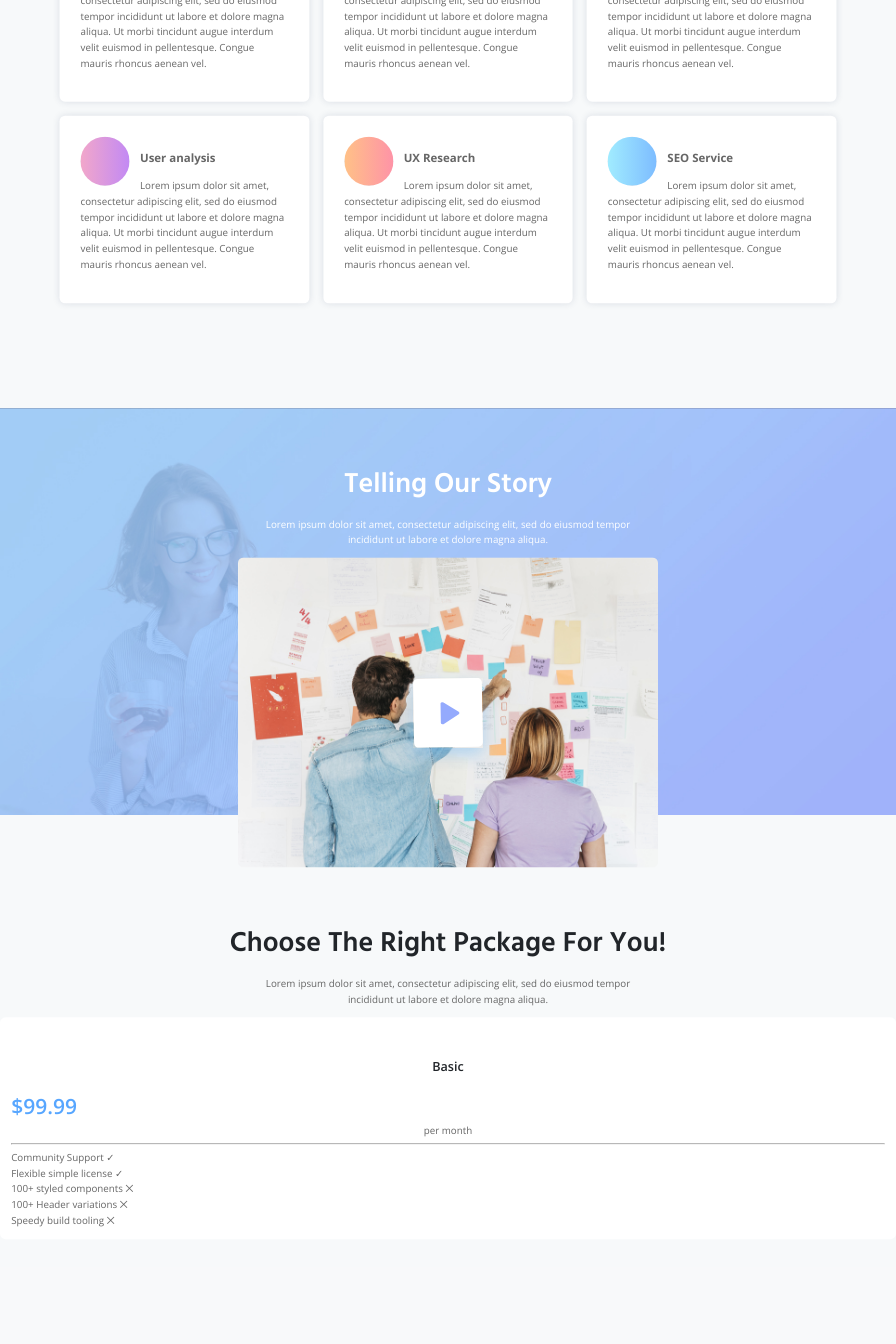
Repository: Sc-Juju/CodeRad
Page: index.html
An editor plug-in stored every save of this project. The page is shown before and after the next save, followed by the edit.
The browser window is 1280 px wide. The pictures show the part of the page from y = 1096 to 3016 px (the page is 3016 px tall), at 70% of full size.

Above is the page before, as saved 2022-11-10 22:48:43.

### index.html
<!DOCTYPE html>
<html>
	<head>
		<meta charset="utf-8" />
		<meta http-equiv="X-UA-Compatible" content="IE=edge" />
		<title>CodeRad</title>
		<meta name="description" content="" />
		<meta name="viewport" content="width=device-width, initial-scale=1" />

		<link
			href="https://fonts.googleapis.com/css2?family=Open+Sans:wght@300;400;600;700&display=swap"
			rel="stylesheet"
		/>
		<link
			href="https://fonts.googleapis.com/css2?family=Hind:wght@300;400;500;600;700&display=swap"
			rel="stylesheet"
		/>

		<link rel="stylesheet" href="./css/default.css" />
		<link rel="stylesheet" href="./css/styles.css" />
		<link rel="stylesheet" href="./css/responsive.css" />
	</head>
	<body>
		<nav class="navbar nav">
			<div class="container">
				<button
					class="navbar-toggler"
					aria-expanded="false"
					aria-controls="navbarDropdown"
				>
					<span>&#9776;</span>
				</button>
				<a class="navbar-brand" href="index.html">CodeRad</a>
				<ul class="navbar-nav">
					<li class="nav-link">
						<a href="#">Home</a>
					</li>

					<li class="nav-link">
						<a href="#">Blog</a>
					</li>
					<li class="nav-link">
						<a href="#">Portfolio</a>
					</li>
					<li class="nav-link">
						<a href="#">Contact</a>
					</li>
				</ul>
			</div>
		</nav>

		<header class="bg-header">
			<div class="container">
				<div class="hero-wrapper">
					<h2 class="hero-header">
						Young in our spirits and <br />
						modern look.
					</h2>
					<a class="btn btn-white" href="#">Learn more</a>
				</div>
			</div>
		</header>
		<!--Why me-->
		<section>
			<div class="container why-me-wrapper">
				<div class="block-text">
					<span>Why choose me</span>
					<h2>
						Meeting Your Needs <br />
						In Website Building
					</h2>
					<p>
						Lorem ipsum dolor sit amet, consectetur adipiscing elit,
						sed do eiusmod tempor incididunt ut labore et dolore
						magna aliqua.
					</p>
					<a href="" class="btn btn-primary">Learn More</a>
				</div>
				<div>
					<img src="./CodeRad-assets/image2.svg" alt="Icon Chart" />
				</div>
			</div>
		</section>
		<!--Services-->
		<section class="bg-contrast">
			<div class="container service-grid">
				<div class="service-card">
					<span class="bg-color-1"></span>
					<div>
						<h3>Branding</h3>
						<p>
							Lorem ipsum dolor sit amet, consectetur adipiscing
							elit, sed do eiusmod tempor incididunt ut labore et
							dolore magna aliqua. Ut morbi tincidunt augue
							interdum velit euismod in pellentesque. Congue
							mauris rhoncus aenean vel.
						</p>
					</div>
				</div>
				<div class="service-card">
					<span class="bg-color-2"></span>
					<div>
						<h3>Design & UX</h3>
						<p>
							Lorem ipsum dolor sit amet, consectetur adipiscing
							elit, sed do eiusmod tempor incididunt ut labore et
							dolore magna aliqua. Ut morbi tincidunt augue
							interdum velit euismod in pellentesque. Congue
							mauris rhoncus aenean vel.
						</p>
					</div>
				</div>
				<div class="service-card">
					<span class="bg-color-3"></span>
					<div>
						<h3>Development</h3>
						<p>
							Lorem ipsum dolor sit amet, consectetur adipiscing
							elit, sed do eiusmod tempor incididunt ut labore et
							dolore magna aliqua. Ut morbi tincidunt augue
							interdum velit euismod in pellentesque. Congue
							mauris rhoncus aenean vel.
						</p>
					</div>
				</div>
				<div class="service-card">
					<span class="bg-color-4"></span>
					<div>
						<h3>User analysis</h3>
						<p>
							Lorem ipsum dolor sit amet, consectetur adipiscing
							elit, sed do eiusmod tempor incididunt ut labore et
							dolore magna aliqua. Ut morbi tincidunt augue
							interdum velit euismod in pellentesque. Congue
							mauris rhoncus aenean vel.
						</p>
					</div>
				</div>
				<div class="service-card">
					<span class="bg-color-5"></span>
					<div>
						<h3>UX Research</h3>
						<p>
							Lorem ipsum dolor sit amet, consectetur adipiscing
							elit, sed do eiusmod tempor incididunt ut labore et
							dolore magna aliqua. Ut morbi tincidunt augue
							interdum velit euismod in pellentesque. Congue
							mauris rhoncus aenean vel.
						</p>
					</div>
				</div>
				<div class="service-card">
					<span class="bg-color-6"></span>
					<div>
						<h3>SEO Service</h3>
						<p>
							Lorem ipsum dolor sit amet, consectetur adipiscing
							elit, sed do eiusmod tempor incididunt ut labore et
							dolore magna aliqua. Ut morbi tincidunt augue
							interdum velit euismod in pellentesque. Congue
							mauris rhoncus aenean vel.
						</p>
					</div>
				</div>
			</div>
		</section>

		<!--Video Demo-->
		<section class="video-demo">
			<div class="container">
				<div class="block-text">
					<h2>Telling Our Story</h2>
					<p>
						Lorem ipsum dolor sit amet, consectetur adipiscing elit,
						sed do eiusmod tempor <br />
						incididunt ut labore et dolore magna aliqua.
					</p>
				</div>
				<div class="video-box">
					<a href="#" class="video-btn">
						<img
							src="./CodeRad-assets/play.svg"
							alt="Play Video Button"
						/>
					</a>
					<img
						src="./CodeRad-assets/demo-video-thumbnail.jpg"
						alt="Video thumbnail"
					/>
				</div>
			</div>
		</section>

		<!--Pricing plans-->
		<section class="bg-contrast">
			<div class="block-text pricing-header">
				<h2>Choose The Right Package For You!</h2>
				<p>
					Lorem ipsum dolor sit amet, consectetur adipiscing elit, sed
					do eiusmod tempor <br />
					incididunt ut labore et dolore magna aliqua.
				</p>
			</div>
			<div class="pricing-taable">
				<div class="price-card">
					<h3>Basic</h3>
					<span class="price">$99.99</span>
					<div class="billed">per month</div>
					<hr />
					<ul>
						<li>
							<span class="title">Community Support</span>
							<span class="icon">&#10003;</span>
						</li>
						<li>
							<span class="title">Flexible simple license</span>
							<span class="icon">&#10003;</span>
						</li>
						<li>
							<span class="title">100+ styled components</span>
							<span class="icon">&#10761;</span>
						</li>
						<li>
							<span class="title">100+ Header variations</span>
							<span class="icon">&#10761;</span>
						</li>
						<li>
							<span class="title">Speedy build tooling</span>
							<span class="icon">&#10761;</span>
						</li>
					</ul>
				</div>
			</div>
		</section>
	</body>
</html>

### css/default.css
:root{
    --white:#fff;
    --black: #000;
    --font-color-base:#666;
    --font-color-dark:#212529;
    --font-color-light:#b0aebe;
    --font-color-link:#57a6ff;
    --footer:#34314b;
    --footer-base:2e2b45;
    --contrast:rgba(246, 248, 249, 0.8);
    --success: #64ecf5;
    --danger:#ff8b8d;
    --grad-1:#a1ecff;
    --grad-2:#7dbcff;


    --size-10:0.625rem;
    --size-14:0.875rem;
    --size-16:1rem;
    --size-18:1.125rem;
    --size-20:1.25rem;
    --size-30:1.875rem;
    --size-40:2.5rem;
    --size-50:3.125rem;
    --size-100:6.25rem;
    --size-150:9.375rem;
}
body{
    font-family:"Open Sans", sans-serif;
    font-weight: 400;
    font-size:0.875rem;
    line-height: 1.6;
    letter-spacing: 0;
    color: var(--font-color-base);
    margin:0;
    padding:0;
}
*,
::after,
::before{
    box-sizing: border-box;
}
ul{
    padding:0;
    margin:0;
    list-style: none;
}
a {text-decoration: none;}
p {margin-top:0;}
h2{
    font-size:1.75rem;
    font-weight:500;
    line-height:1.2;
}
img {
    width:100%;
    max-width:100%;
    vertical-align:middle;
    border-style: none;
}
.container{
    width: 100%;
    padding-left:15px;
    padding-right:15px;
    margin-right:auto;
    margin-left:auto;
}

.btn{
    display: inline-block;
    font-weight: 400;
    color: var(--font-color-dark);
    text-align: center;
    cursor: pointer;
    user-select: none;
    background-color: transparent;
    border: 1px solid transparent;
    padding: .375rem .75rem;
    border-radius:1.25rem;
    transition: ease-in-out .3s;
}
.btn-primary{
    background-image: linear-gradient(90deg, var(--grad-1)0%, var(--grad-2)100%);
    border: 1px var(--grad-1);
    box-shadow: 0 10px 20px rgba(161, 236, 255, .5);
    transition: ease-in-out .3s;
    color: var(--white);
    padding: .4375rem 1.5625rem;
}

.btn-white{
    background-color: var(--white);
    color: var(--font-color-link);
    box-shadow: 0px 10px 20px rgba(255, 255, 255, .35);
    padding: .475rem 1.75rem;
}

@media (min-width:1200px){
    .container{ max-width: 1140px; }
}
@media (min-width:768px){
    .pricing-table{max-width:720px;}
}

### css/styles.css
.navbar{
    position: fixed;
    top: 0;
    right: 0;
    left: 0;
    z-index: 200;
    transition: ease-in-out .3s;
}
[aria-controls="navbarDropdown"]{
    display:none;
}
.navbar-nav{
    display: flex;
    align-items: center;
}
.navbar .container{
    display: flex;
    align-items: center;
}
.navbar-brand{
    margin-right:auto;
    font-size: 2rem;
    font-weight: 700;
    width: 100%;
    transition: ease-in-out .3s;
    color: var(--white);

}
.bg-header,
.video-demo{
    background-color: var(--footer);
    background-repeat: no-repeat;
    background-size: cover;
    background-position:50% 20%;
    position: relative;
    z-index: 1;
    padding: 4.6875rem 0;
}
.bg-header{background-image: url(../CodeRad-assets/bg-header-1.jpg);}
.video-demo{background-image: url(../CodeRad-assets/bg-demo.jpg);}
.bg-header::before{
    background-image: linear-gradient(30deg,
    rgba(21,27,38, .8)0%,
    rgba(0,0,0,.2)100%);
    position: absolute;
    content:"";
    top: 0;
    left: 0;
    right: 0;
    bottom: 0;
    width: 100%;
    height: 100%;
    z-index: -1;
}
.nav-link a{
    color: var(--white);
    font-size: .8125rem;
    font-weight: 600;
    font-family: "Hind", sans-serif;
    text-transform: uppercase;
    margin-right: 2.5rem;
    line-height: 1.25rem;
}
.hero-header{
    color: var(--white);
}
.why-me-wrapper{
    display: flex;
    align-items: center;
}
.why-me-wrapper div{
    flex: 1;
}
.block-text{
    padding-right: var(--size-50);
}
.block-text span{
    color: var(--font-color-dark);
    font-weight: 300;
}
.block-text h2{
    font-size: var(--size-40);
    font-family: "Hind", sans-serif;
    font-weight: 600;
    color: var(--font-color-dark);
    margin-bottom: var(--size-20);
    line-height: 1.3;
    margin-top: 0.5rem;
}
.bg-contrast{
    background-color: var(--contrast);
    padding: var(--size-150) 0;
    margin: 0 auto;
}
.service-grid{
    display: grid;
    grid-template-columns: repeat(auto-fit,minmax(300px, 1fr));
    gap: var(--size-20);
}
.service-card{
    padding: var(--size-30);
    box-shadow: 0 0 10px rgba(48, 63, 100, .15);
    background: white;
    border-radius: 8px;
}
.service-card span{
    width:4.375rem;
    height: 4.375rem;
    background: green;
    display: block;
    float: left;
    margin-right: 15px;
    border-radius: 50%;
    background: var(--font-color-light);
}
span.bg-color-1 {background-image: linear-gradient(90deg, #9ccdf3 0%, #94aafd 100%);}
span.bg-color-2 {background-image: linear-gradient(90deg, #55edc0 0%, #4bdbdb 100%);}
span.bg-color-3 {background-image: linear-gradient(90deg, #fda498 0%, #f58b9e 100%);}
span.bg-color-4 {background-image: linear-gradient(90deg, #f2a7ca 0%, #c289f4 100%);}
span.bg-color-5 {background-image: linear-gradient(90deg, #ffc187 0%, #fe93a7 100%);}
span.bg-color-6 {background-image: linear-gradient(90deg, #a1ecff 0%, #7dbcff 100%);}

.video-demo{text-align: center;}
.video-demo .block-text{padding-right: 0;}

.video-demo .block-text h2,
.video-demo .block-text p{
    color: var(--white);
}

.video-btn{
    position: absolute;
    top: 50%;
    left: 50%;
    transform: translate(-50%, -50%);
    box-shadow: 0 10px 20px rgba(57, 166, 251, .3);
}
.video-btn img{
    height: var(--size-100);
    width: var(--size-100);
}
.video-box{
    position: relative;
    margin-bottom: -9.375rem;
    z-index: 100;
}
.video-box > img{
    max-width: 600px;
    border-radius: 8px;
}
.block-text.pricing-header{
    text-align: center;
    padding-right: 0;
}
.price-card{
    background-color:var(--white);
    border-radius: 8px;
    padding: var(--size-16);
}
.price-card h3{
    margin-top: var(--size-40);
    font-size: var(--size-18);
    color: var(--font-color-dark);
    font-weight: 600;
}
.price{
    color: var(--font-color-link);
    font-size: var(--size-30);
    font-weight: 600;
}
.price-card h3,
.price-card .price,
.price-card .billed{text-align: center;}

Loaded but not shown: css/responsive.css (no copy from this time; the picture is the same without it)

After the next save:
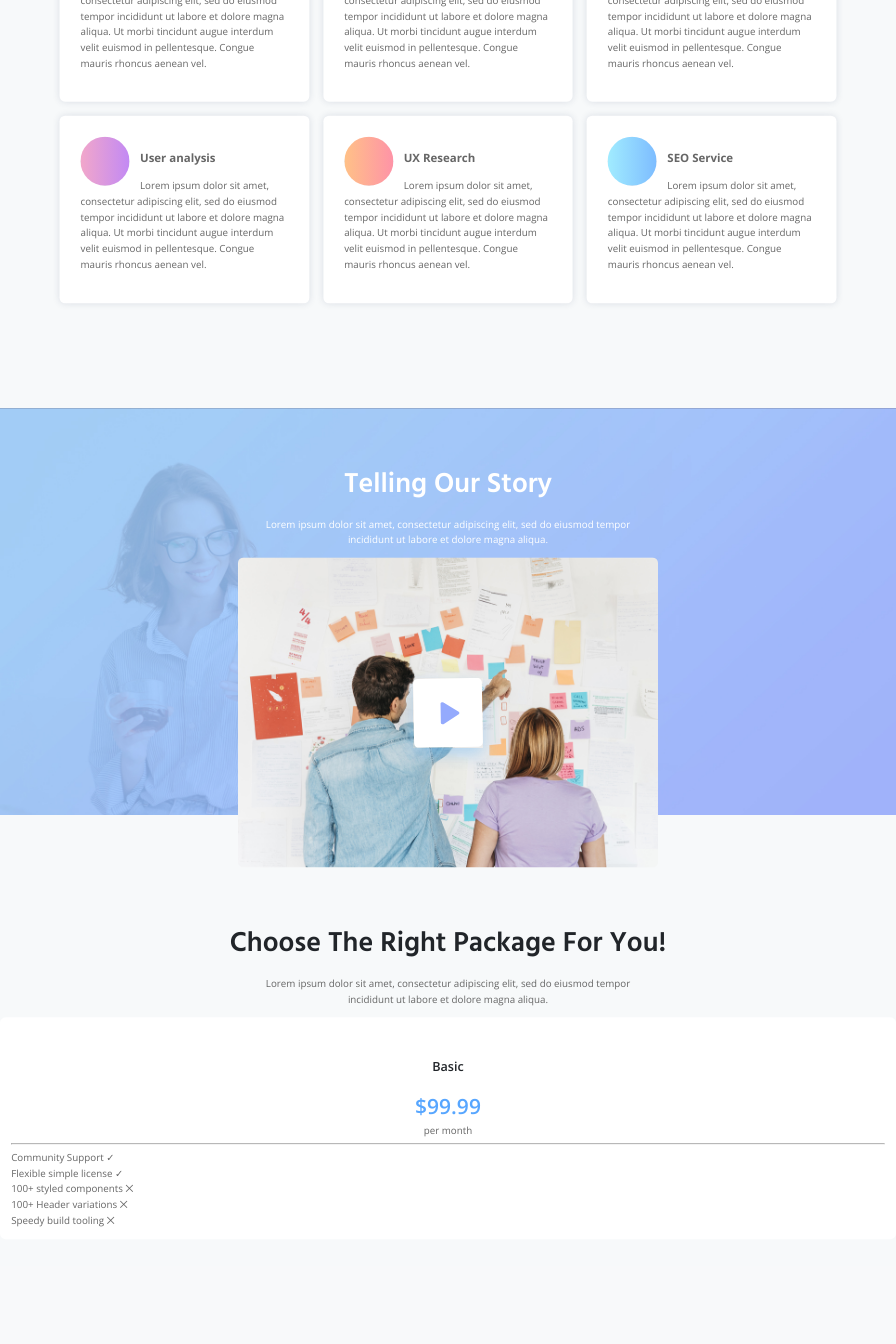
Saved 47 s later.
--- a/index.html
+++ b/index.html
@@ -204,7 +204,7 @@
 			<div class="pricing-taable">
 				<div class="price-card">
 					<h3>Basic</h3>
-					<span class="price">$99.99</span>
+					<div class="price">$99.99</div>
 					<div class="billed">per month</div>
 					<hr />
 					<ul>
